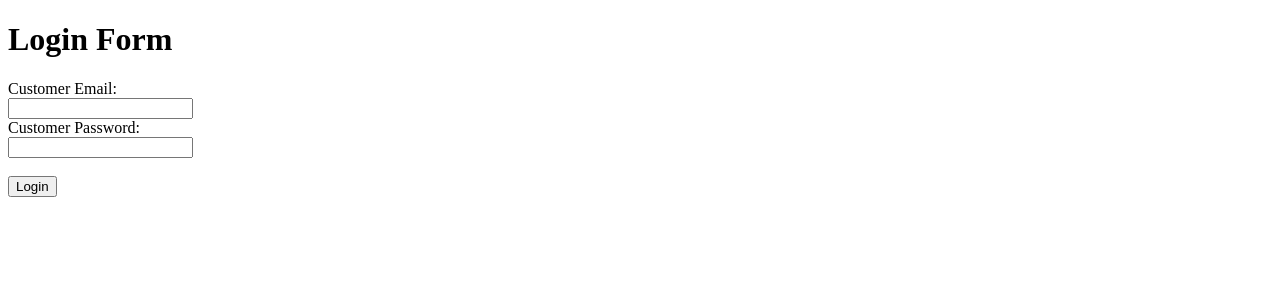
Repository: sach7691/eclipse-projects
Page: http://localhost/customer-management-application/login.jsp
The author's editor kept a copy of each file at every save. The page is drawn from the files as they stood at one save, then again after the next save.
The browser window is 1280 px wide. The pictures show the whole page.
The page is served by Tomcat 9.

Above is the page before, as saved 2022-08-11 20:31:52.

After the next save:
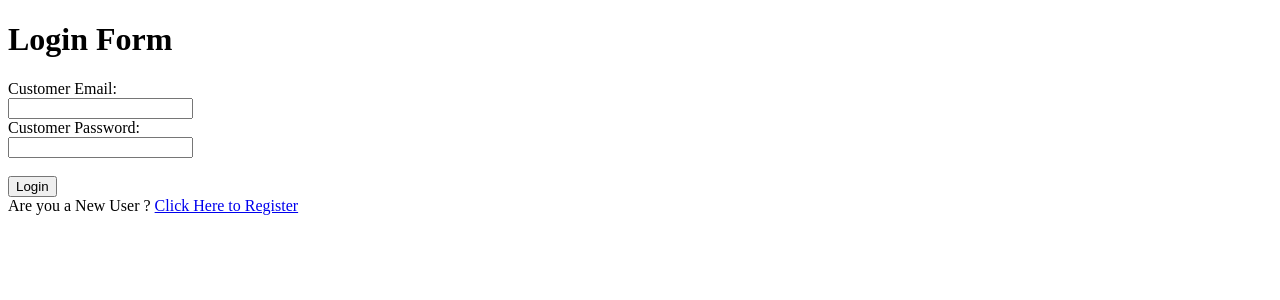
Saved 77 s later.
--- a/customer-management-application/src/main/webapp/login.jsp
+++ b/customer-management-application/src/main/webapp/login.jsp
@@ -17,6 +17,8 @@
   <input type="submit" value="Login">
   </form>
 
+  <label>Are you a New User ? </label><a href="index.jsp/">Click Here to Register</a>
+
 
 </body>
 </html>
